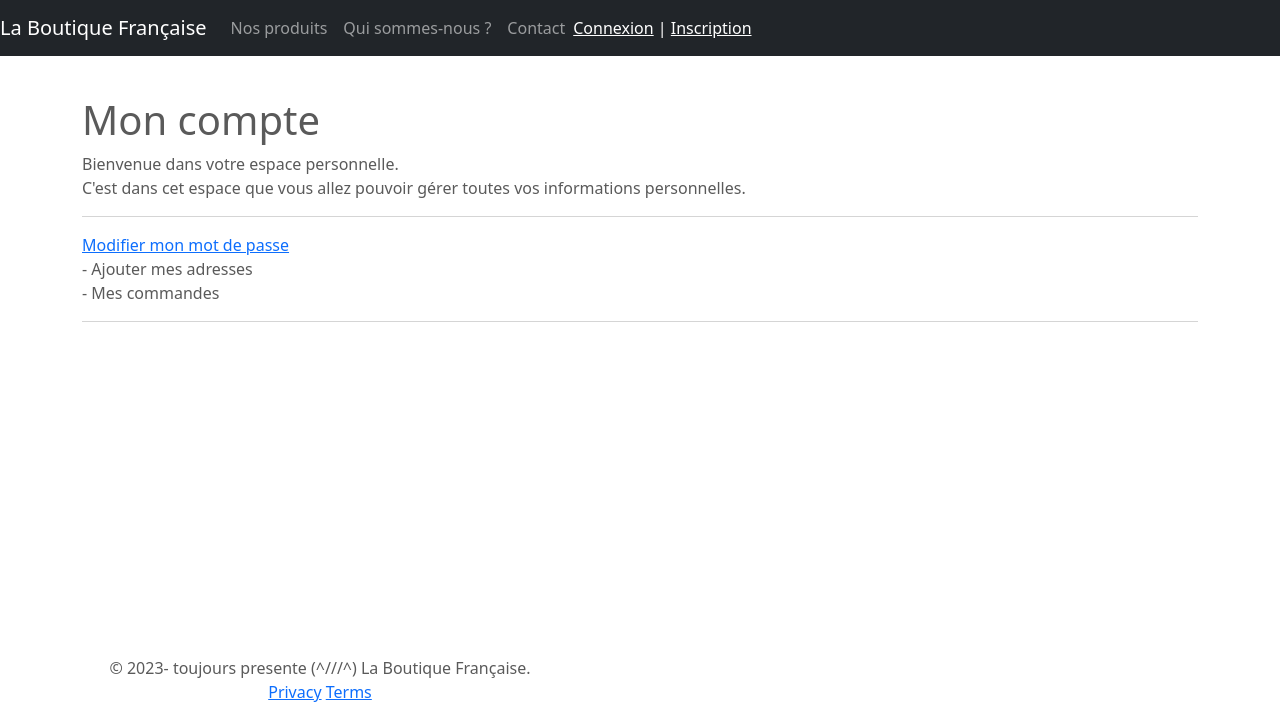
Repository: Coulibaly00180/laboutiquefrancaise
Page: templates/account/index.html.twig
These files come from the project's save history. The page is drawn as it stood at one moment and after the next save; the edit follows.
The browser window is 1280 px wide. The pictures show the whole page.
The page is a Twig template of a Symfony application; nobody is signed in and links lead nowhere. The template is opened directly, without the code that normally fills it, so the values that code supplies are empty.

Above is the page before, as saved 2023-03-03 17:56:27.

After the next save:
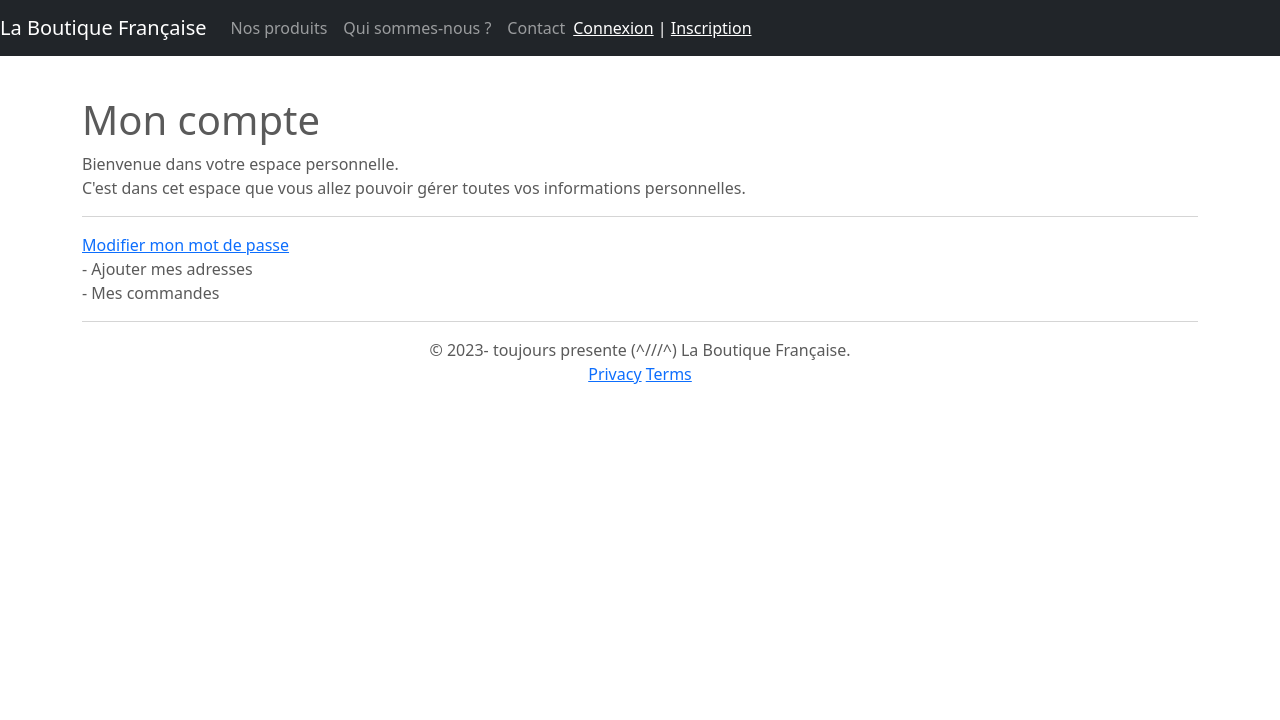
Saved 12 s later.
--- a/public/assets/css/style.css
+++ b/public/assets/css/style.css
@@ -5,6 +5,6 @@
 .footer-custom{
     text-align: center;
     position: absolute;
-    bottom: 0;
-    width: 50%;
+    bottom: -100;
+    width: 100%;
 }
